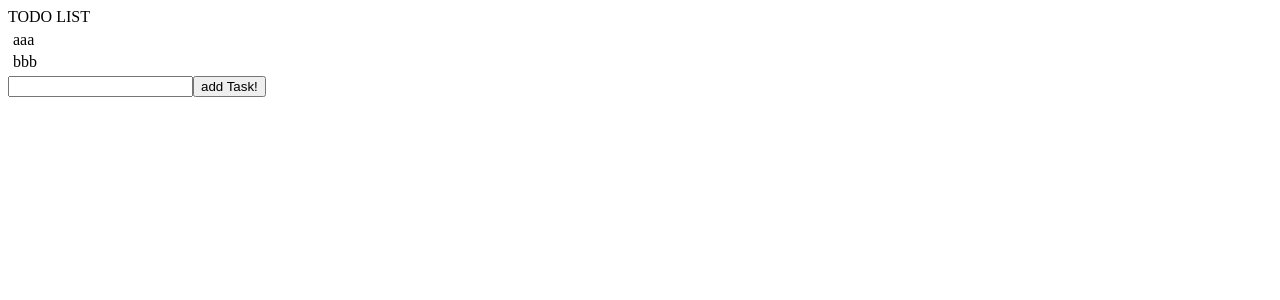
Repository: WistreHosshii/hacathon_todolList
Page: /
These files come from the project's save history. The page is drawn as it stood at one moment and after the next save; the edit follows.
The browser window is 1280 px wide. The pictures show the whole page.
The project was rebuilt for these pictures with package versions that can differ from the ones it lists, and the page was loaded fresh each time.

Above is the page before, as saved 2019-06-09 15:20:13.

After the next save:
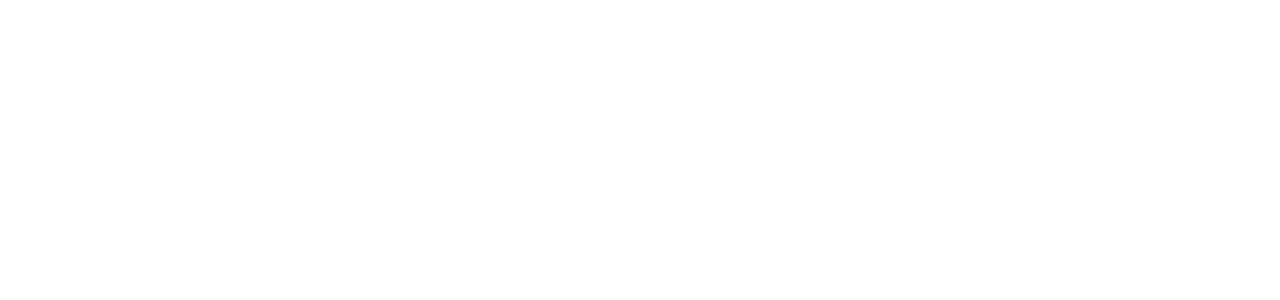
Console error: TypeError: Cannot set properties of undefined (setting 'todos')
Saved 11 s later.
--- a/App.tsx
+++ b/App.tsx
@@ -9,7 +9,9 @@
 export default class App extends Component<Props, State> {
   constructor(props: any) {
     super(props);
-    this.state = { todos: [{ id: '', content: 'aaa', createdAt: '' }, { id: '', content: 'bbb', createdAt: '' }] };
+    this.state.todos = {
+      todos: [{ id: '', content: 'aaa', createdAt: '' }, { id: '', content: 'bbb', createdAt: '' }],
+    };
   }
 
   render() {

After the save that followed:
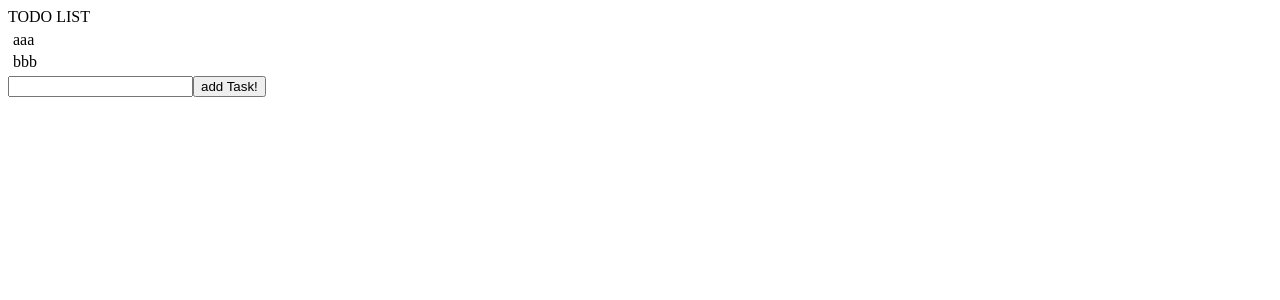
The error is gone.
Saved 24 s later.
--- a/App.tsx
+++ b/App.tsx
@@ -9,7 +9,7 @@
 export default class App extends Component<Props, State> {
   constructor(props: any) {
     super(props);
-    this.state.todos = {
+    this.state = {
       todos: [{ id: '', content: 'aaa', createdAt: '' }, { id: '', content: 'bbb', createdAt: '' }],
     };
   }
